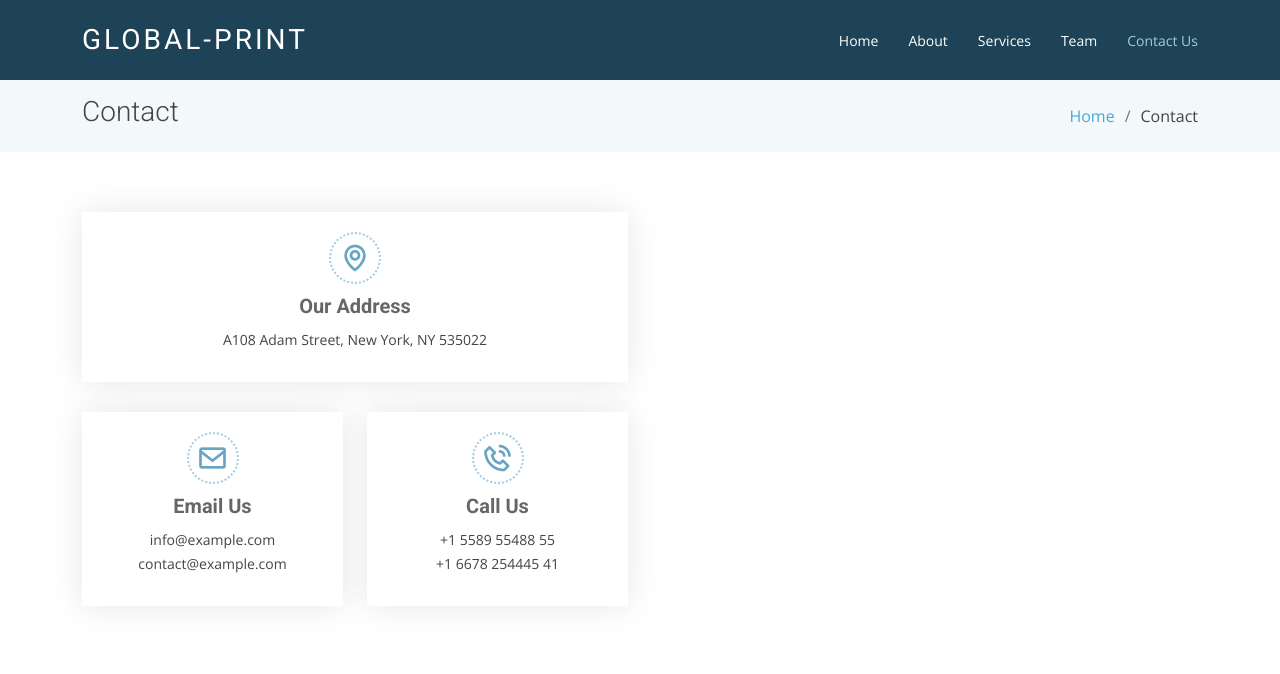
Repository: VachArt/Global-print
Page: contact.html
The author's editor kept a copy of each file at every save. The page is drawn from the files as they stood at one save, then again after the next save.
The browser window is 1280 px wide. The pictures show the part of the page from y = 0 to 674 px (the page is 1757 px tall before and 1789 px after).
Pictures or frames that could not be fetched are drawn as grey boxes.

Above is the page before, as saved 2022-06-09 13:13:48.

### contact.html
<!DOCTYPE html>
<html lang="en">

<head>
  <meta charset="utf-8">
  <meta content="width=device-width, initial-scale=1.0" name="viewport">

  <title>GlobalPrint</title>
  <meta content="" name="description">
  <meta content="" name="keywords">


  <!-- Google Fonts -->
  <link href="https://fonts.googleapis.com/css?family=Open+Sans:300,300i,400,400i,600,600i,700,700i|Roboto:300,300i,400,400i,500,500i,700,700i&display=swap" rel="stylesheet">

  <!-- Vendor CSS Files -->
  <link href="assets/vendor/animate.css/animate.min.css" rel="stylesheet">
  <link href="assets/vendor/aos/aos.css" rel="stylesheet">
  <link href="assets/vendor/bootstrap/css/bootstrap.min.css" rel="stylesheet">
  <link href="assets/vendor/bootstrap-icons/bootstrap-icons.css" rel="stylesheet">
  <link href="assets/vendor/boxicons/css/boxicons.min.css" rel="stylesheet">
  <link href="assets/vendor/glightbox/css/glightbox.min.css" rel="stylesheet">
  <link href="assets/vendor/swiper/swiper-bundle.min.css" rel="stylesheet">

  <!-- Template Main CSS File -->
  <link href="assets/css/style.css" rel="stylesheet">

  <!-- =======================================================
  * Template Name: Moderna - v4.8.0
  * Template URL: https://bootstrapmade.com/free-bootstrap-template-corporate-moderna/
  * Author: BootstrapMade.com
  * License: https://bootstrapmade.com/license/
  ======================================================== -->
</head>

<body>

  <!-- ======= Header ======= -->
  <header id="header" class="fixed-top d-flex align-items-center ">
    <div class="container d-flex justify-content-between align-items-center">

      <div class="logo">
        <h1 class="text-light"><a href="index.html"><span>Global-Print</span></a></h1>
        <!-- Uncomment below if you prefer to use an image logo -->
        <!-- <a href="index.html"><img src="assets/img/logo.png" alt="" class="img-fluid"></a>-->
      </div>

      <nav id="navbar" class="navbar">
        <ul>
          <li><a class="" href="index.html">Home</a></li>
          <li><a href="about.html">About</a></li>
          <li><a href="services.html">Services</a></li>
          <li><a href="team.html">Team</a></li>
          <li><a class="active" href="contact.html">Contact Us</a></li>
        </ul>
        <i class="bi bi-list mobile-nav-toggle"></i>
      </nav><!-- .navbar -->

    </div>
  </header><!-- End Header -->

  <main id="main">

    <!-- ======= Contact Section ======= -->
    <section class="breadcrumbs">
      <div class="container">

        <div class="d-flex justify-content-between align-items-center">
          <h2>Contact</h2>
          <ol>
            <li><a href="index.html">Home</a></li>
            <li>Contact</li>
          </ol>
        </div>

      </div>
    </section><!-- End Contact Section -->

    <!-- ======= Contact Section ======= -->
    <section class="contact" data-aos="fade-up" data-aos-easing="ease-in-out" data-aos-duration="500">
      <div class="container">
        <div class="row">
          <div class="col-lg-6">
            <div class="row">
              <div class="col-md-12">
                <div class="info-box">
                  <i class="bx bx-map"></i>
                  <h3>Our Address</h3>
                  <p>A108 Adam Street, New York, NY 535022</p>
                </div>
              </div>
              <div class="col-md-6">
                <div class="info-box">
                  <i class="bx bx-envelope"></i>
                  <h3>Email Us</h3>
                  <p>info@example.com<br>contact@example.com</p>
                </div>
              </div>
              <div class="col-md-6">
                <div class="info-box">
                  <i class="bx bx-phone-call"></i>
                  <h3>Call Us</h3>
                  <p>+1 5589 55488 55<br>+1 6678 254445 41</p>
                </div>
              </div>
            </div>
          </div>
        </div>
      </div>
    </section>
    <!-- End Contact Section -->

    <!-- ======= Map Section ======= -->
    <section class="map mt-2">
      <div class="container-fluid p-0">
        <iframe src="https://www.google.com/maps/embed?pb=!1m18!1m12!1m3!1d3024.2219901290355!2d-74.00369368400567!3d40.71312937933185!2m3!1f0!2f0!3f0!3m2!1i1024!2i768!4f13.1!3m3!1m2!1s0x89c25a23e28c1191%3A0x49f75d3281df052a!2s150%20Park%20Row%2C%20New%20York%2C%20NY%2010007%2C%20USA!5e0!3m2!1sen!2sbg!4v1579767901424!5m2!1sen!2sbg" frameborder="0" style="border:0;" allowfullscreen=""></iframe>
      </div>
    </section><!-- End Map Section -->

  </main><!-- End #main -->

  <!-- ======= Footer ======= -->
  <footer id="footer" data-aos="fade-up" data-aos-easing="ease-in-out" data-aos-duration="500">

    <div class="footer-newsletter">
      <div class="container">
        <div class="row">
          <div class="col-lg-6">
            <h4>Our Newsletter</h4>
            <p>Tamen quem nulla quae legam multos aute sint culpa legam noster magna</p>
          </div>
          <div class="col-lg-6">
            <form action="" method="post">
              <input type="email" name="email"><input type="submit" value="Subscribe">
            </form>
          </div>
        </div>
      </div>
    </div>

    <div class="footer-top">
      <div class="container">
        <div class="row">


          <div class="col-lg-3 col-md-6 footer-info">
            <h3>About Moderna</h3>
            <p>Cras fermentum odio eu feugiat lide par naso tierra. Justo eget nada terra videa magna derita valies darta donna mare fermentum iaculis eu non diam phasellus.</p>
            <div class="social-links mt-3">
              <a href="#" class="twitter"><i class="bx bxl-twitter"></i></a>
              <a href="#" class="facebook"><i class="bx bxl-facebook"></i></a>
              <a href="#" class="instagram"><i class="bx bxl-instagram"></i></a>
              <a href="#" class="linkedin"><i class="bx bxl-linkedin"></i></a>
            </div>
          </div>

        </div>
      </div>
    </div>

    <div class="container">
      <div class="copyright">
        &copy; Copyright <strong><span>Moderna</span></strong>. All Rights Reserved
      </div>
      <div class="credits">
        <!-- All the links in the footer should remain intact. -->
        <!-- You can delete the links only if you purchased the pro version. -->
        <!-- Licensing information: https://bootstrapmade.com/license/ -->
        <!-- Purchase the pro version with working PHP/AJAX contact form: https://bootstrapmade.com/free-bootstrap-template-corporate-moderna/ -->
        Designed by <a href="https://bootstrapmade.com/">BootstrapMade</a>
      </div>
    </div>
  </footer><!-- End Footer -->

  <a href="#" class="back-to-top d-flex align-items-center justify-content-center"><i class="bi bi-arrow-up-short"></i></a>

  <!-- Vendor JS Files -->
  <script src="assets/vendor/purecounter/purecounter.js"></script>
  <script src="assets/vendor/aos/aos.js"></script>
  <script src="assets/vendor/bootstrap/js/bootstrap.bundle.min.js"></script>
  <script src="assets/vendor/glightbox/js/glightbox.min.js"></script>
  <script src="assets/vendor/isotope-layout/isotope.pkgd.min.js"></script>
  <script src="assets/vendor/swiper/swiper-bundle.min.js"></script>
  <script src="assets/vendor/waypoints/noframework.waypoints.js"></script>
  <script src="assets/vendor/php-email-form/validate.js"></script>

  <!-- Template Main JS File -->
  <script src="assets/js/main.js"></script>

</body>

</html>

Loaded but not shown: assets/vendor/animate.css/animate.min.css (library); assets/vendor/aos/aos.css (library); assets/vendor/bootstrap/css/bootstrap.min.css (library); assets/vendor/bootstrap-icons/bootstrap-icons.css (library); assets/vendor/boxicons/css/boxicons.min.css (library); assets/vendor/glightbox/css/glightbox.min.css (library); assets/vendor/swiper/swiper-bundle.min.css (library); assets/vendor/purecounter/purecounter.js (library); assets/vendor/aos/aos.js (library); assets/vendor/bootstrap/js/bootstrap.bundle.min.js (library); assets/vendor/glightbox/js/glightbox.min.js (library); assets/vendor/isotope-layout/isotope.pkgd.min.js (library); assets/vendor/swiper/swiper-bundle.min.js (library); assets/vendor/waypoints/noframework.waypoints.js (library); assets/vendor/php-email-form/validate.js (common file); assets/js/main.js (225 lines, source omitted); assets/css/style.css (1988 lines, source omitted)

After the next save:
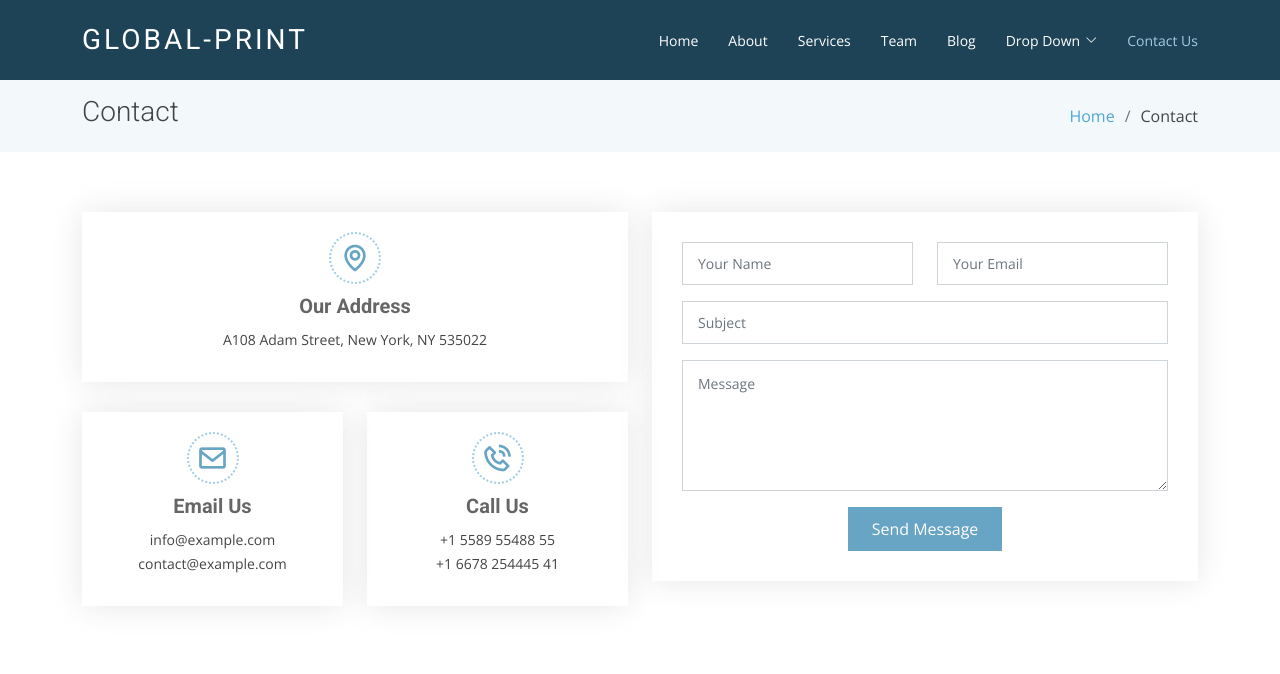
Saved 13 s later.
--- a/contact.html
+++ b/contact.html
@@ -51,6 +51,24 @@
           <li><a href="about.html">About</a></li>
           <li><a href="services.html">Services</a></li>
           <li><a href="team.html">Team</a></li>
+          <li><a href="blog.html">Blog</a></li>
+          <li class="dropdown"><a href="#"><span>Drop Down</span> <i class="bi bi-chevron-down"></i></a>
+            <ul>
+              <li><a href="#">Drop Down 1</a></li>
+              <li class="dropdown"><a href="#"><span>Deep Drop Down</span> <i class="bi bi-chevron-right"></i></a>
+                <ul>
+                  <li><a href="#">Deep Drop Down 1</a></li>
+                  <li><a href="#">Deep Drop Down 2</a></li>
+                  <li><a href="#">Deep Drop Down 3</a></li>
+                  <li><a href="#">Deep Drop Down 4</a></li>
+                  <li><a href="#">Deep Drop Down 5</a></li>
+                </ul>
+              </li>
+              <li><a href="#">Drop Down 2</a></li>
+              <li><a href="#">Drop Down 3</a></li>
+              <li><a href="#">Drop Down 4</a></li>
+            </ul>
+          </li>
           <li><a class="active" href="contact.html">Contact Us</a></li>
         </ul>
         <i class="bi bi-list mobile-nav-toggle"></i>
@@ -79,8 +97,11 @@
     <!-- ======= Contact Section ======= -->
     <section class="contact" data-aos="fade-up" data-aos-easing="ease-in-out" data-aos-duration="500">
       <div class="container">
+
         <div class="row">
-          <div class="col-lg-6">
+
+          <div class="col-lg-6">
+
             <div class="row">
               <div class="col-md-12">
                 <div class="info-box">
@@ -104,11 +125,38 @@
                 </div>
               </div>
             </div>
-          </div>
-        </div>
-      </div>
-    </section>
-    <!-- End Contact Section -->
+
+          </div>
+
+          <div class="col-lg-6">
+            <form action="forms/contact.php" method="post" role="form" class="php-email-form">
+              <div class="row">
+                <div class="col-md-6 form-group">
+                  <input type="text" name="name" class="form-control" id="name" placeholder="Your Name" required>
+                </div>
+                <div class="col-md-6 form-group mt-3 mt-md-0">
+                  <input type="email" class="form-control" name="email" id="email" placeholder="Your Email" required>
+                </div>
+              </div>
+              <div class="form-group mt-3">
+                <input type="text" class="form-control" name="subject" id="subject" placeholder="Subject" required>
+              </div>
+              <div class="form-group mt-3">
+                <textarea class="form-control" name="message" rows="5" placeholder="Message" required></textarea>
+              </div>
+              <div class="my-3">
+                <div class="loading">Loading</div>
+                <div class="error-message"></div>
+                <div class="sent-message">Your message has been sent. Thank you!</div>
+              </div>
+              <div class="text-center"><button type="submit">Send Message</button></div>
+            </form>
+          </div>
+
+        </div>
+
+      </div>
+    </section><!-- End Contact Section -->
 
     <!-- ======= Map Section ======= -->
     <section class="map mt-2">
@@ -142,6 +190,39 @@
       <div class="container">
         <div class="row">
 
+          <div class="col-lg-3 col-md-6 footer-links">
+            <h4>Useful Links</h4>
+            <ul>
+              <li><i class="bx bx-chevron-right"></i> <a href="#">Home</a></li>
+              <li><i class="bx bx-chevron-right"></i> <a href="#">About us</a></li>
+              <li><i class="bx bx-chevron-right"></i> <a href="#">Services</a></li>
+              <li><i class="bx bx-chevron-right"></i> <a href="#">Terms of service</a></li>
+              <li><i class="bx bx-chevron-right"></i> <a href="#">Privacy policy</a></li>
+            </ul>
+          </div>
+
+          <div class="col-lg-3 col-md-6 footer-links">
+            <h4>Our Services</h4>
+            <ul>
+              <li><i class="bx bx-chevron-right"></i> <a href="#">Web Design</a></li>
+              <li><i class="bx bx-chevron-right"></i> <a href="#">Web Development</a></li>
+              <li><i class="bx bx-chevron-right"></i> <a href="#">Product Management</a></li>
+              <li><i class="bx bx-chevron-right"></i> <a href="#">Marketing</a></li>
+              <li><i class="bx bx-chevron-right"></i> <a href="#">Graphic Design</a></li>
+            </ul>
+          </div>
+
+          <div class="col-lg-3 col-md-6 footer-contact">
+            <h4>Contact Us</h4>
+            <p>
+              A108 Adam Street <br>
+              New York, NY 535022<br>
+              United States <br><br>
+              <strong>Phone:</strong> +1 5589 55488 55<br>
+              <strong>Email:</strong> info@example.com<br>
+            </p>
+
+          </div>
 
           <div class="col-lg-3 col-md-6 footer-info">
             <h3>About Moderna</h3>
